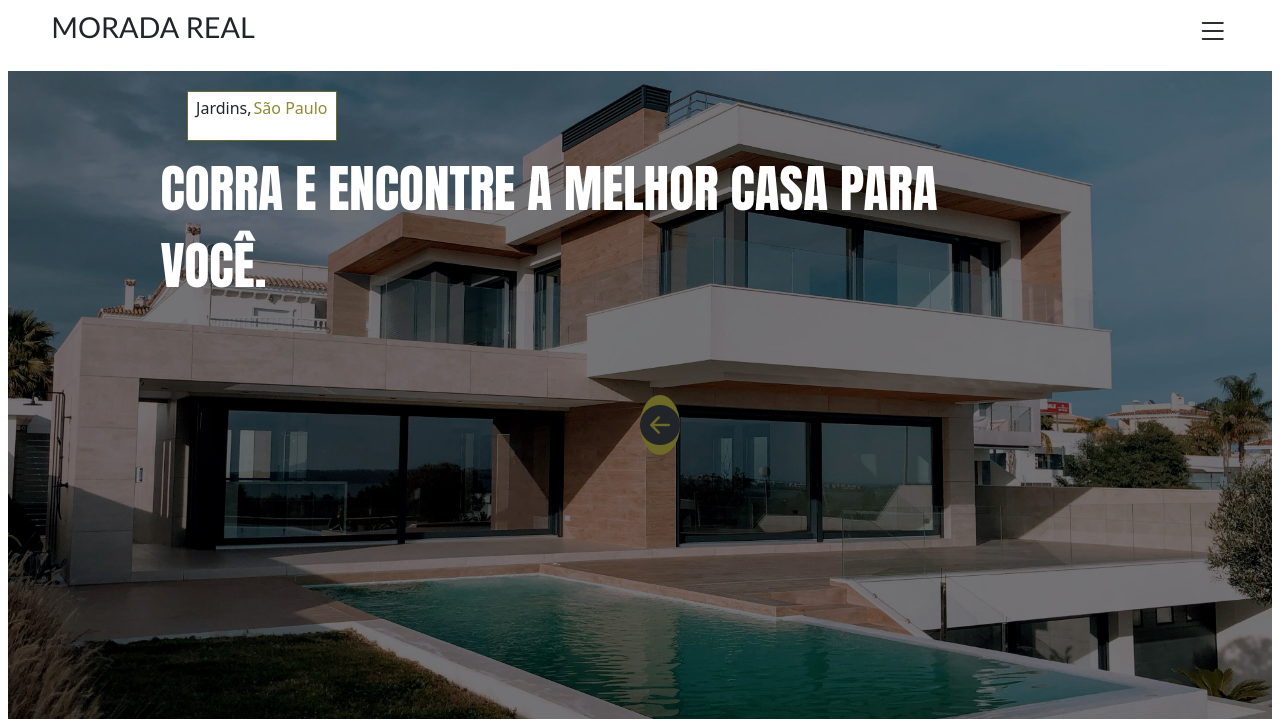
Repository: Mattyns/moradareal
Page: index.html
The author's editor kept a copy of each file at every save. The page is drawn from the files as they stood at one save, then again after a run of saves.
The browser window is 1280 px wide. The pictures show the whole page.

Above is the page before, as saved 2025-07-11 18:37:37.

### index.html
<!DOCTYPE html>
<html lang="pt-br">
    <head>
        <meta charset="UTF-8" />
        <meta name="viewport" content="width=device-width, initial-scale=1.0" />
        <title>Morada Real</title>
        <link
            rel="stylesheet"
            href="https://cdnjs.cloudflare.com/ajax/libs/animate.css/4.1.1/animate.min.css"
        />
        <link
            href="https://cdn.jsdelivr.net/npm/bootstrap@5/dist/css/bootstrap.min.css"
            rel="stylesheet"
            integrity="sha384-QWTKZyjpPEjISv5WaRU9OFeRpok6YctnYmDr5pNlyT2bRjXh0JMhjY6hW+ALEwIH"
            crossorigin="anonymous"
        />
        <link
            rel="stylesheet"
            href="https://cdn.jsdelivr.net/npm/bootstrap-icons@1.11.3/font/bootstrap-icons.min.css"
        />
        <link rel="stylesheet" href="style/style.css" />
    </head>
    <body>
        <header class="header__container">

            <h1 class="logo__text">MORADA REAL</h1> <i class="bi-list menu__list"></i>
        </header>

        <main>
            <section class="contrast">

                <div class="contrast__container">
                    <div class="local local__sp">
                        <div class="local__text">
                            <p>Jardins,</p> <p class="local__text--contrast"> São Paulo</p>
                        </div>
                        <p class="text__message">CORRA E ENCONTRE A MELHOR CASA PARA VOCÊ.</p>
                    </div>
                    <div class="local local__rs">
                        <div class="local__text">
                            <p>Bela Vista,</p> <p class="local__text--contrast"> Rio Grande do Sul</p>
                        </div>
                        <p class="text__message">O LAR DOS SEUS SONHOS PODE ESTAR A UM CLIQUE DE DISTÂNCIA.</p>
                    </div>
                    <div class="local local__rj">
                        <div class="local__text">
                            <p>Leblon,</p> <p class="local__text--contrast"> Rio de Janeiro</p>
                        </div>
                        <p class="text__message">NÃO PERCA TEMPO! SUA NOVA HISTÓRIA COMEÇA AQUI.</p>
                    </div>

                </div>

                <i class="img__button bi-arrow-left-circle-fill" id="img__button--left"></i>
                <i class="img__button bi-arrow-right-circle-fill" id="img__button--right"></i>

            </section>


        </main>

        <script src="script/carousel.js"></script>
    </body>
</html>

### style/style.css
@charset "UTF-8";

:root {
    --preto:black;
    --branco:white;
    --cor1:#D3CC4C;
    --cor2:#B1AB40;
    --cor3:#DCD650;
    --cor4:#8F8A33;
    --cor5:#6D6927;
    --cor6:#4B481B;
    --cor7:#f0eca5;
    --cor8:white;

}

* {
    margin: 0px;
    padding: 0px;
    box-sizing: border-box;
}

.header__container {
    display: flex;
    height: 20%;
    width: 100%;
    background-color: var(--branco);
    align-items: center;
    padding-top: 10px;
    padding-bottom: 10px;
}

.logo__text {
    margin-left: 4%;
    font-size: 180%;
    font-family: 'Trebuchet MS', 'Lucida Sans Unicode', 'Lucida Grande', 'Lucida Sans', Arial, sans-serif;
}

.menu__list {
    font-size: 2em;
    position: absolute;
    right: 4%;
}

.contrast {
    height: 90vh;
    margin: 8px;

    overflow: hidden;
    max-width: 100%;
    position: relative;


}

.contrast__container {

    display: flex;
  transition: transform 0.3s ease;
  will-change: transform;
  touch-action: pan-y;
}

.local {
    height: 90vh;
    background-size: cover;
    background-position: right;
     flex: 0 0 100%;
    box-sizing: border-box;
    padding: 20px; /* opcional */
}

.local__sp {
    background-image: url(../img/webaliser.jpg);

}

.local__rs {
    background-image: url(../img/brian.jpg);

}

.local__rj {
    background-image: url(../img/zoe.jpg);

}

.local__text {
    display: flex;
    background-color: var(--branco);
    width: fit-content;
    padding: 4px 0px;
    padding-left: 8px;
    padding-right: 8px;
    top: 20%;
    margin-left:13%;
    border: 1px solid var(--cor5);

}

.local__text--contrast {
    color: var(--cor4);
    margin-left: 2px;
}

.text__message {
    top: 26%;
    width: 68%;
    margin-left: 10%;
    font-size:320%;
    font-family:Impact, Haettenschweiler, 'Arial Narrow Bold', sans-serif;
    color:var(--cor8) ;
    padding: 10px;
    border-radius: 10px;
}

.img__button {
    font-size: 2.5em;
    position:absolute;
    background-color: var(--cor5);
    border-radius: 50%;

}

#img__button--left {
    left: 50%;
    top: 50%;
}

### script/carousel.js
const container = document.querySelector('.contrast__container');
const slides = document.querySelectorAll('.local');

let isDragging = false;
let startPos = 0;
let currentTranslate = 0;
let prevTranslate = 0;
let animationID;
let currentIndex = 0;

slides.forEach((slide, index) => {
  slide.addEventListener('touchstart', touchStart(index));
  slide.addEventListener('touchend', touchEnd);
  slide.addEventListener('touchmove', touchMove);

  slide.addEventListener('mousedown', touchStart(index));
  slide.addEventListener('mouseup', touchEnd);
  slide.addEventListener('mouseleave', touchEnd);
  slide.addEventListener('mousemove', touchMove);
});

function touchStart(index) {
  return function (event) {
    currentIndex = index;
    startPos = getPositionX(event);
    isDragging = true;

    animationID = requestAnimationFrame(animation);
  };
}

function touchMove(event) {
  if (!isDragging) return;
  const currentPosition = getPositionX(event);
  currentTranslate = prevTranslate + currentPosition - startPos;
}

function touchEnd() {
  cancelAnimationFrame(animationID);
  isDragging = false;

  const movedBy = currentTranslate - prevTranslate;

  if (movedBy < -100 && currentIndex < slides.length - 1) currentIndex++;
  if (movedBy > 100 && currentIndex > 0) currentIndex--;

  setPositionByIndex();
}

function getPositionX(event) {
  return event.type.includes('mouse') ? event.pageX : event.touches[0].clientX;
}

function animation() {
  setSliderPosition();
  if (isDragging) requestAnimationFrame(animation);
}

function setSliderPosition() {
  container.style.transform = `translateX(${currentTranslate}px)`;
}

function setPositionByIndex() {
  currentTranslate = currentIndex * -container.offsetWidth;
  prevTranslate = currentTranslate;
  setSliderPosition();
}

After the next 4 saves:
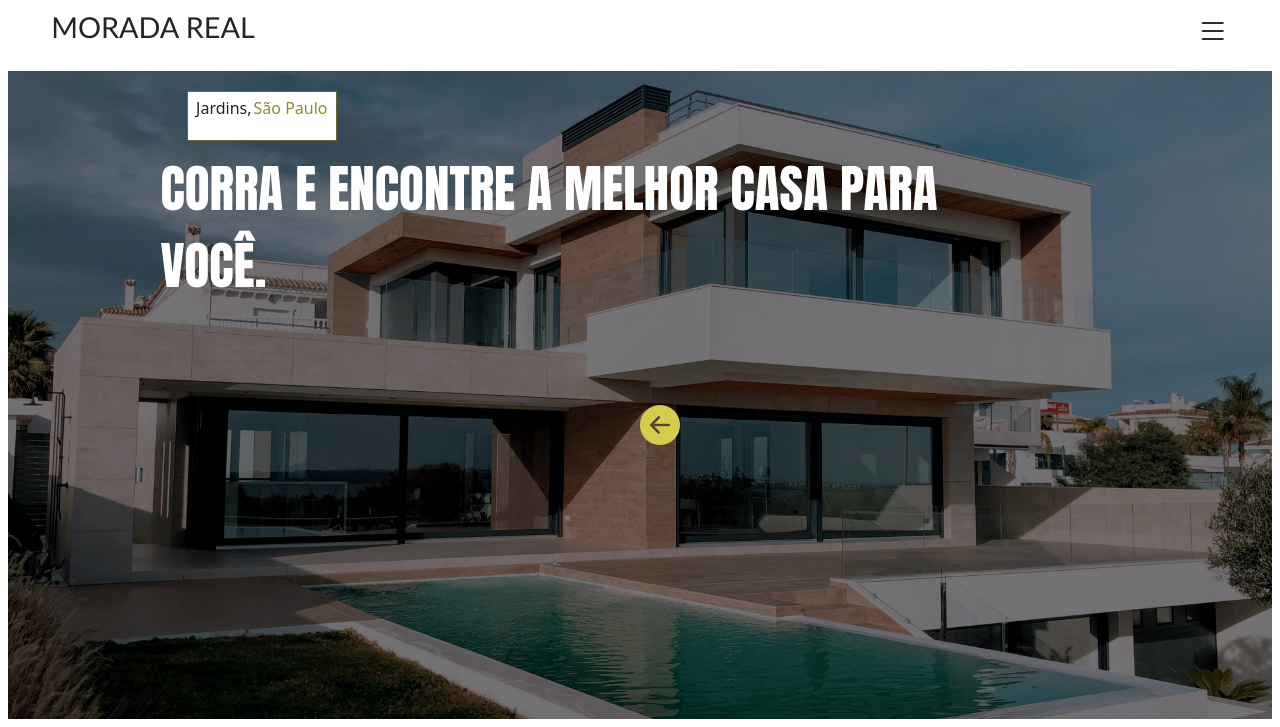
The 4 saves are shown as one change because they came seconds apart.
The last was saved 23 s later.
--- a/style/style.css
+++ b/style/style.css
@@ -117,8 +117,7 @@
 .img__button {
     font-size: 2.5em;
     position:absolute;
-    background-color: var(--cor5);
-    border-radius: 50%;
+    color: var(--cor1);
 
 }
 
